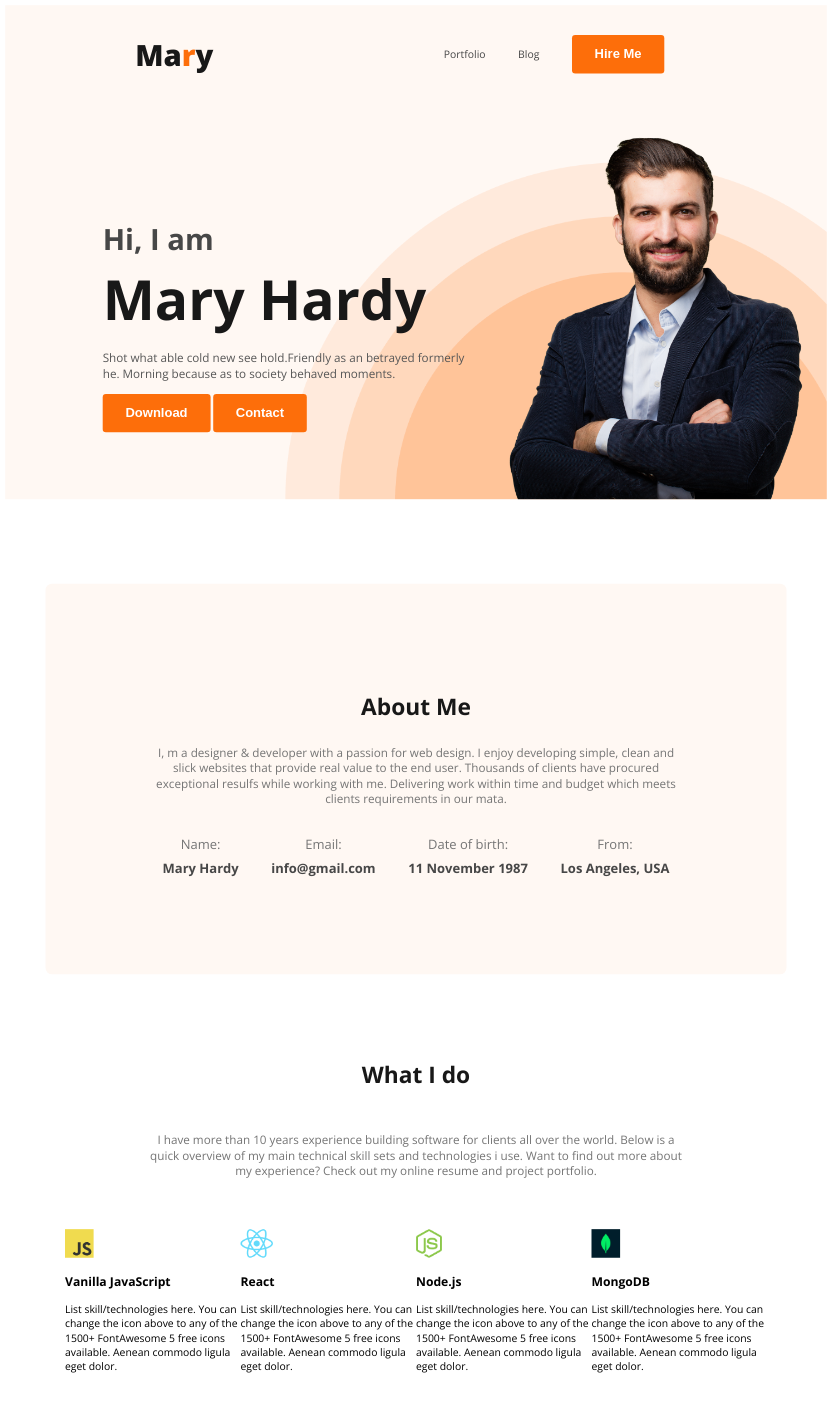
Repository: ShouravAhammed/Simple-Portfolio-Webpage
Page: index.html
An editor plug-in stored every save of this project. The page is shown before and after the next save, followed by the edit.
The browser window is 1280 px wide. The pictures show the whole page, at 65% of full size.

Above is the page before, as saved 2024-01-06 02:11:01.

After the next save:
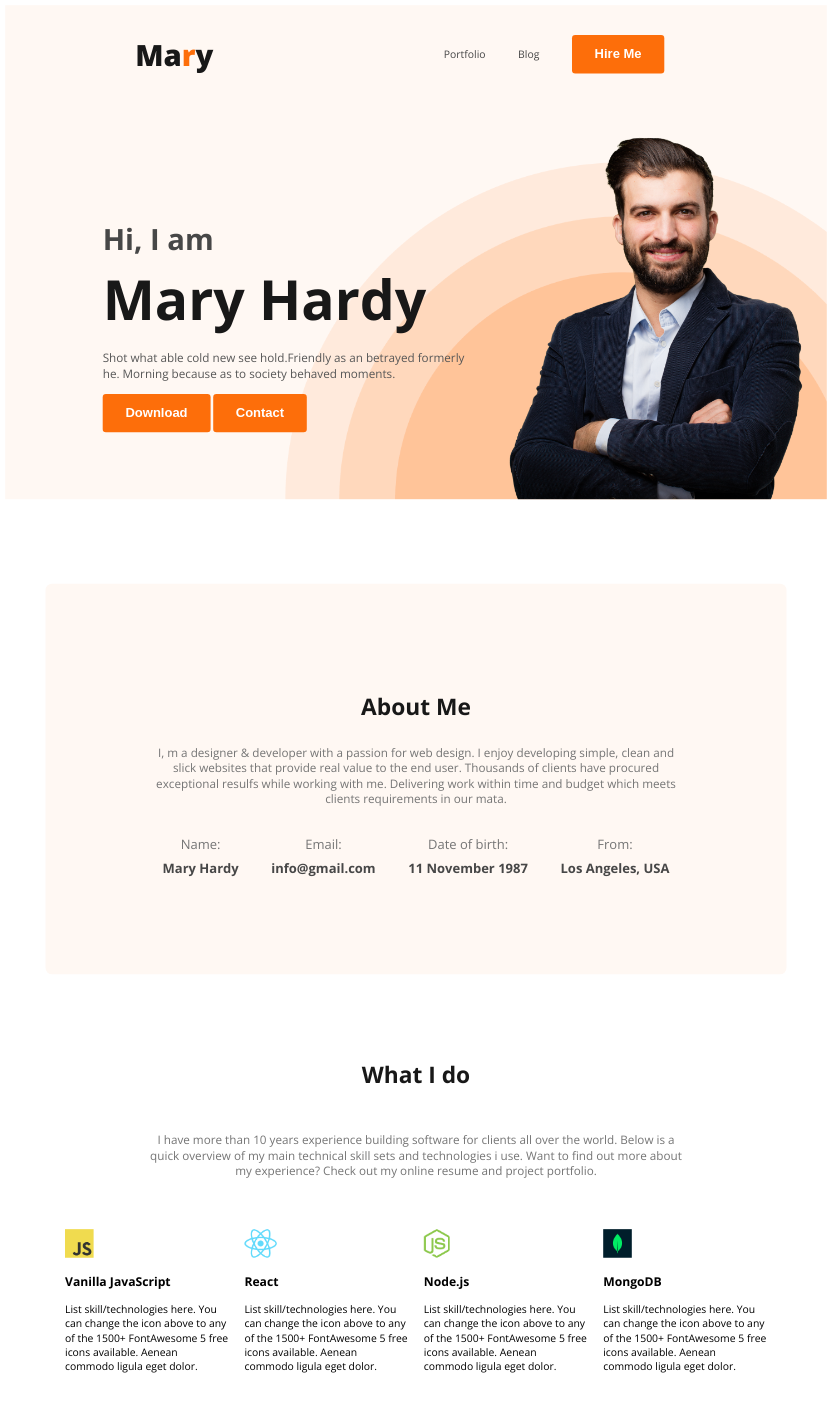
Saved 28 s later.
--- a/index.css
+++ b/index.css
@@ -136,5 +136,6 @@ main{
 .skills-container{
     display: flex;
     justify-content: space-around;
+    gap: 24px;
     padding: 30px;
 }
